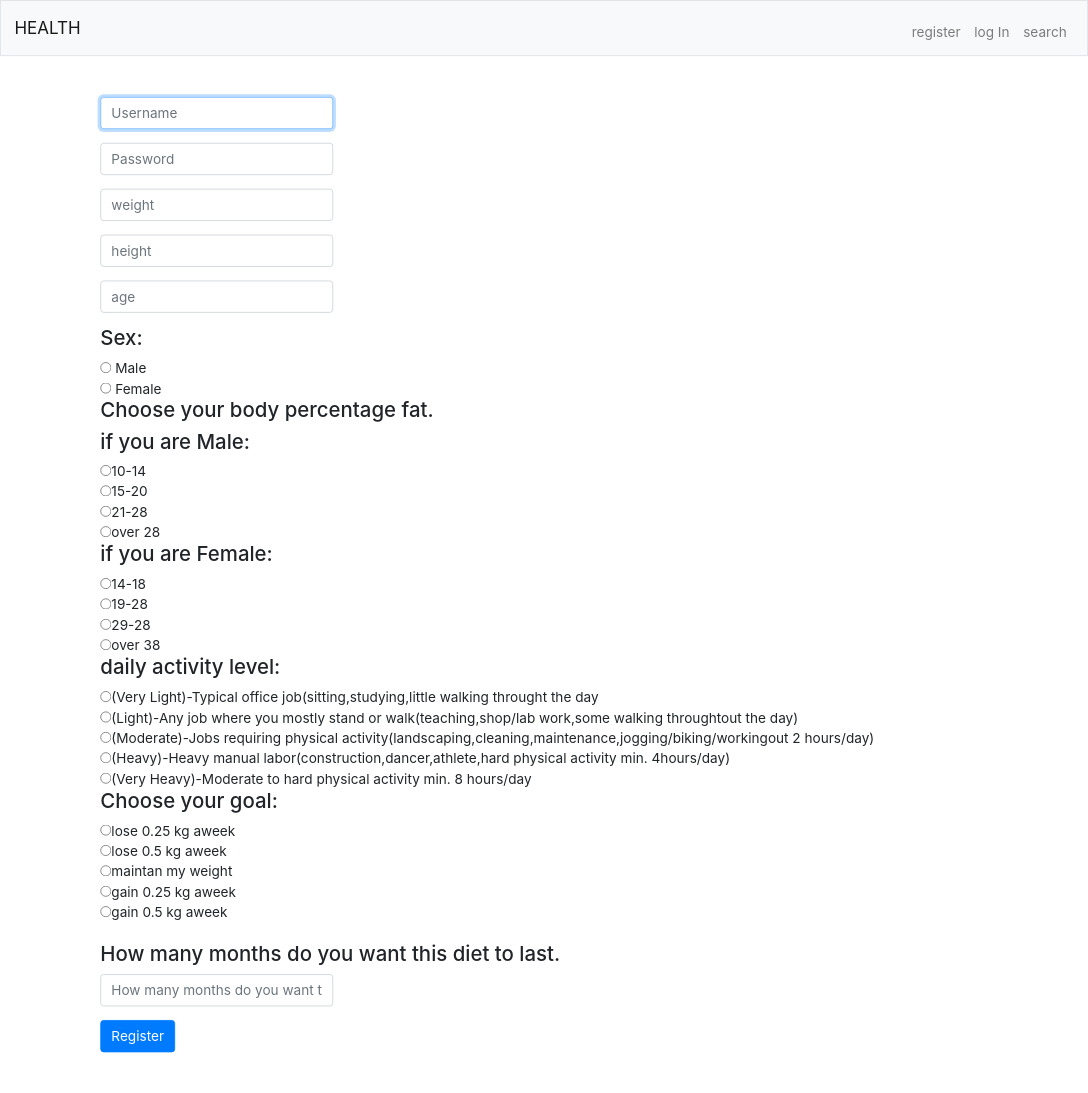
Repository: bahgaat/cs50
Page: http://localhost/register
The author's editor kept a record of every edit. The page is drawn from the files as they stood at one moment, then again after the next edit.
The browser window is 1280 px wide. The pictures show the whole page, at 85% of full size.
The page is served by the project's application, run on Flask 3 (applications.py). Other server files are loaded and not shown.

Above is the page before.

### templates/register.html
{% extends "layout.html" %}

{% block title %}
     Register
{% endblock %}

{% block main %}


     <form id="register" action = "/register"  method="POST">
         <div class="form-group">
             <input id="username" autocomplete="off" autofocus class="form-control" name="username"  placeholder="Username" type="text">
         </div>
         <div class="form-group">
             <input class="form-control" name="password" placeholder="Password" type="password">
         </div>
         <div class="form-group">
             <input class="form-control" name="weight" placeholder="weight" type="text">
         </div>
         <div class="form-group">
             <input class="form-control" name="height" placeholder="height" type="text"><br>
         </div>
         <div class="form-group">
              <input class="form-control" name="age" placeholder="age" type="text">
          </div>
          <div>
              <h4>Sex:</h4>
              <input id="male" type="radio" name="gender" value="male" > Male<br>
              <input id="female" type="radio" name="gender" value="female"> Female<br>
          </div>
          <div>
              <h4>Choose your body percentage fat.</h4>
              <h4>if you are Male:</h4>
              <input id="10-14" type="radio" name="bodyfat" value="10-14">10-14<br>
              <input id="15-20" type="radio" name="bodyfat" value="15-20">15-20<br>
              <input id="21-28" type="radio" name="bodyfat" value="21-28">21-28<br>
              <input id="over28" type="radio" name="bodyfat" value="over28">over 28<br>
              <h4>if you are Female:</h4>
              <input id="14-18" type="radio" name="bodyfat" value="14-18">14-18<br>
              <input id="19-28" type="radio" name="bodyfat" value="19-28">19-28<br>
              <input id="29-38" type="radio" name="bodyfat" value="29-38">29-28<br>
              <input id="over38" type="radio" name="bodyfat" value="over38">over 38<br>
          </div>

          <div>
              <h4>daily activity level:</h4>
              <input id="verylight" type="radio" name="activity" value="verylight" >(Very Light)-Typical office job(sitting,studying,little walking throught the day<br>
              <input id="light" type="radio" name="activity" value="light">(Light)-Any job where you mostly stand or walk(teaching,shop/lab work,some walking throughtout the day) <br>
              <input id="moderate" type="radio" name="activity" value="moderate" >(Moderate)-Jobs requiring physical activity(landscaping,cleaning,maintenance,jogging/biking/workingout 2 hours/day)<br>
              <input id="heavy" type="radio" name="activity" value="heavy">(Heavy)-Heavy manual labor(construction,dancer,athlete,hard physical activity min. 4hours/day)<br>
              <input id="veryheavy" type="radio" name="activity" value="veryheavy">(Very Heavy)-Moderate to hard physical activity min. 8 hours/day<br>
          </div>
          <div>
              <h4>Choose your goal:</h4>
              <input id="losekg" type="radio" name="goal" value="lose">lose 0.25 kg aweek<br>
              <input id="losekgs"  type="radio" name="goal" value="lose0.5kg">lose 0.5 kg aweek<br>
              <input id="maintainmyweight" type="radio" name="goal" value="maintainmyweight">maintan my weight<br>
              <input id="gainkg" type="radio" name="goal" value="gain0.25kg">gain 0.25 kg aweek<br>
              <input id="gainkgs" type="radio" name="goal" value="gain0.5kg">gain 0.5 kg aweek<br>
          </div>
          <br>
          <div>
              <h4>How many months do you want this diet to last.</h4>
          <div class="form-group">
             <input class="form-control" name="endofdiet" placeholder="How many months do you want this diet to last." type="text"><br>
          </div>


         <button  id="register" class="btn btn-primary" type="submit">Register</button></a>
     </form>

{% endblock %}

### templates/layout.html
<!DOCTYPE html>

<html lang="en">

    <head>

        <!-- Required meta tags -->
        <meta charset="utf-8">
        <meta name="viewport" content="width=device-width, initial-scale=1, shrink-to-fit=no">

        <!-- documentation at http://getbootstrap.com/docs/4.1/, alternative themes at https://bootswatch.com/ -->
        <link href="https://maxcdn.bootstrapcdn.com/bootstrap/4.1.3/css/bootstrap.min.css" rel="stylesheet">

        <!-- https://favicon.io/emoji-favicons/money-mouth-face/ -->
        <link href="/static/favicon.ico" rel="icon">

        <link href="/static/styles.css" rel="stylesheet">

        <script src="https://code.jquery.com/jquery-3.3.1.min.js"></script>
        <script src="https://cdnjs.cloudflare.com/ajax/libs/popper.js/1.14.3/umd/popper.min.js"></script>
        <script src="https://maxcdn.bootstrapcdn.com/bootstrap/4.1.3/js/bootstrap.min.js"></script>

        <title>Health: {% block title %}{% endblock %}</title>

    </head>

    <body>

        <nav class="navbar navbar-expand-md navbar-light bg-light border">
            <a class="navbar-brand" href="/"><span class="blue" >HEALTH</span></a>
            <button aria-controls="navbar" aria-expanded="false" aria-label="Toggle navigation" class="navbar-toggler" data-target="#navbar" data-toggle="collapse" type="button">
                <span class="navbar-toggler-icon"></span>
            </button>
            <div class="collapse navbar-collapse" id="navbar">
                {% if session.user_id %}
                    <ul class="navbar-nav mr-auto mt-2">
                        <li class="nav-item"><a class="nav-link" href="/history">history</a></li>
                        <li class="nav-item"><a class="nav-link" href="/diet">diet</a></li>

                    </ul>
                    <ul class="navbar-nav ml-auto mt-2">
                        <li class="nav-item"><a class="nav-link" href="/logout">Log Out</a></li>
                    </ul>
                {% else %}
                    <ul class="navbar-nav ml-auto mt-2">
                        <li class="nav-item"><a class="nav-link" href="/register">register</a></li>
                        <li class="nav-item"><a class="nav-link" href="/login">log In</a></li>
                        <li class="nav-item"><a class="nav-link" href="/search">search</a></li>
                    </ul>
                {% endif %}
            </div>
        </nav>

        {% if get_flashed_messages() %}
            <header>
                <div class="alert alert-primary border text-center" role="alert">
                    {{ get_flashed_messages() | join(" ") }}
                </div>
            </header>
        {% endif %}

        <main class="container p-5">
            {% block main %}{% endblock %}
        </main>


    </body>

</html>

### static/styles.css
nav .nav-brand
{
    font-size: xx-large;
}

nav .nav-brand .blue
{
    color: #537fbe;
}

main .form-control
{
    display: inline-block;
    width: auto;
}

main
{
    overflow-x: auto;
    text-align:left;
}

main img
{
    max-width:100%;
}

.food
{
    text-align:left;
}

#quantity
{
    text-align:left;
}

.Meal
{
    text-align:left;
}

.mb-3
{
    text-align: center;
}

Loaded but not shown: applications.py (1381 lines, source omitted)

After the next edit:
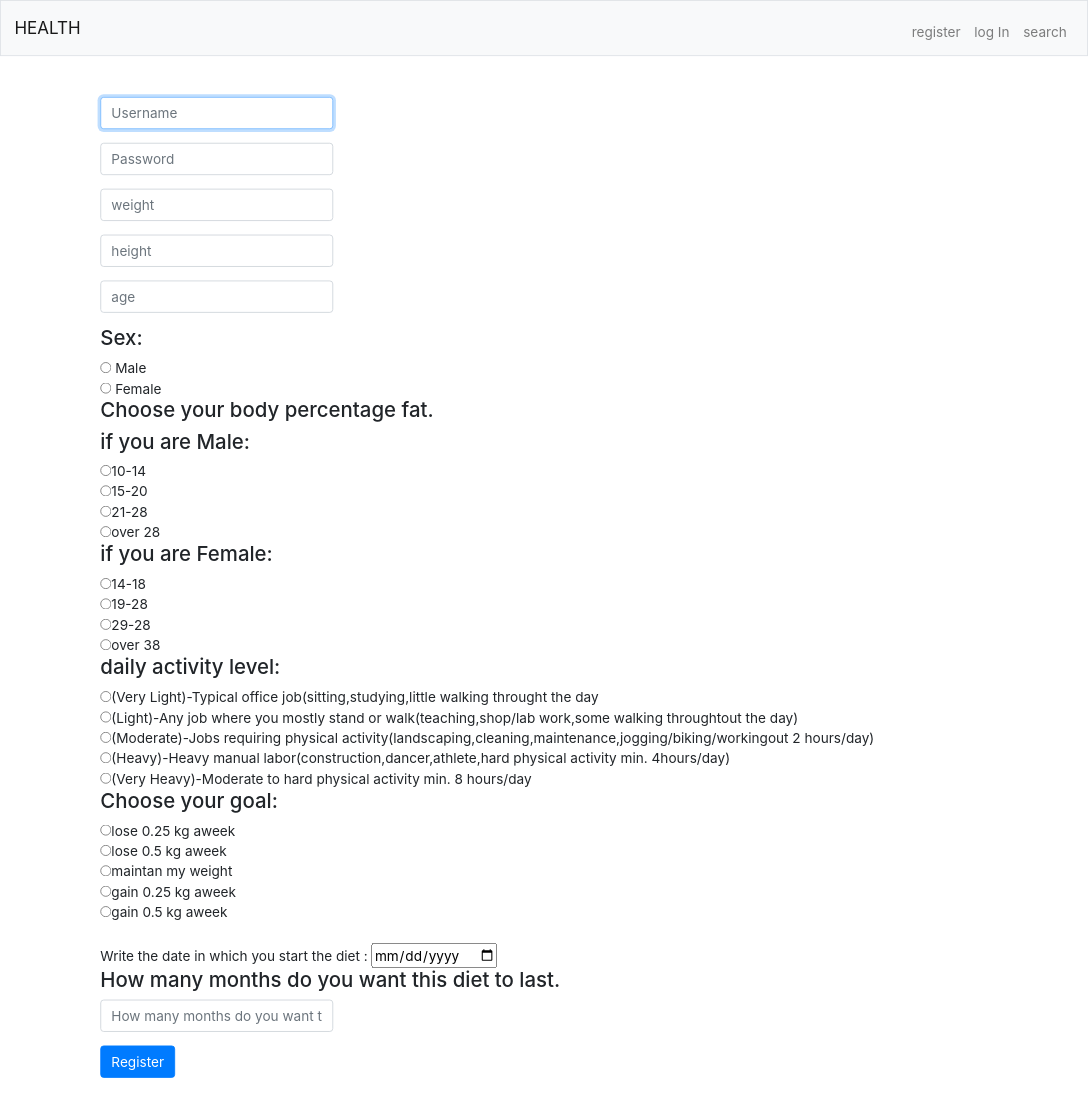
The edit:
--- a/templates/register.html
+++ b/templates/register.html
@@ -59,6 +59,10 @@
               <input id="gainkgs" type="radio" name="goal" value="gain0.5kg">gain 0.5 kg aweek<br>
           </div>
           <br>
+            <div>
+              Write the date in which you start the diet :
+              <input class="startdate" type="date" name="startdate">
+             </div>
           <div>
               <h4>How many months do you want this diet to last.</h4>
           <div class="form-group">

After the 2 edits that followed:
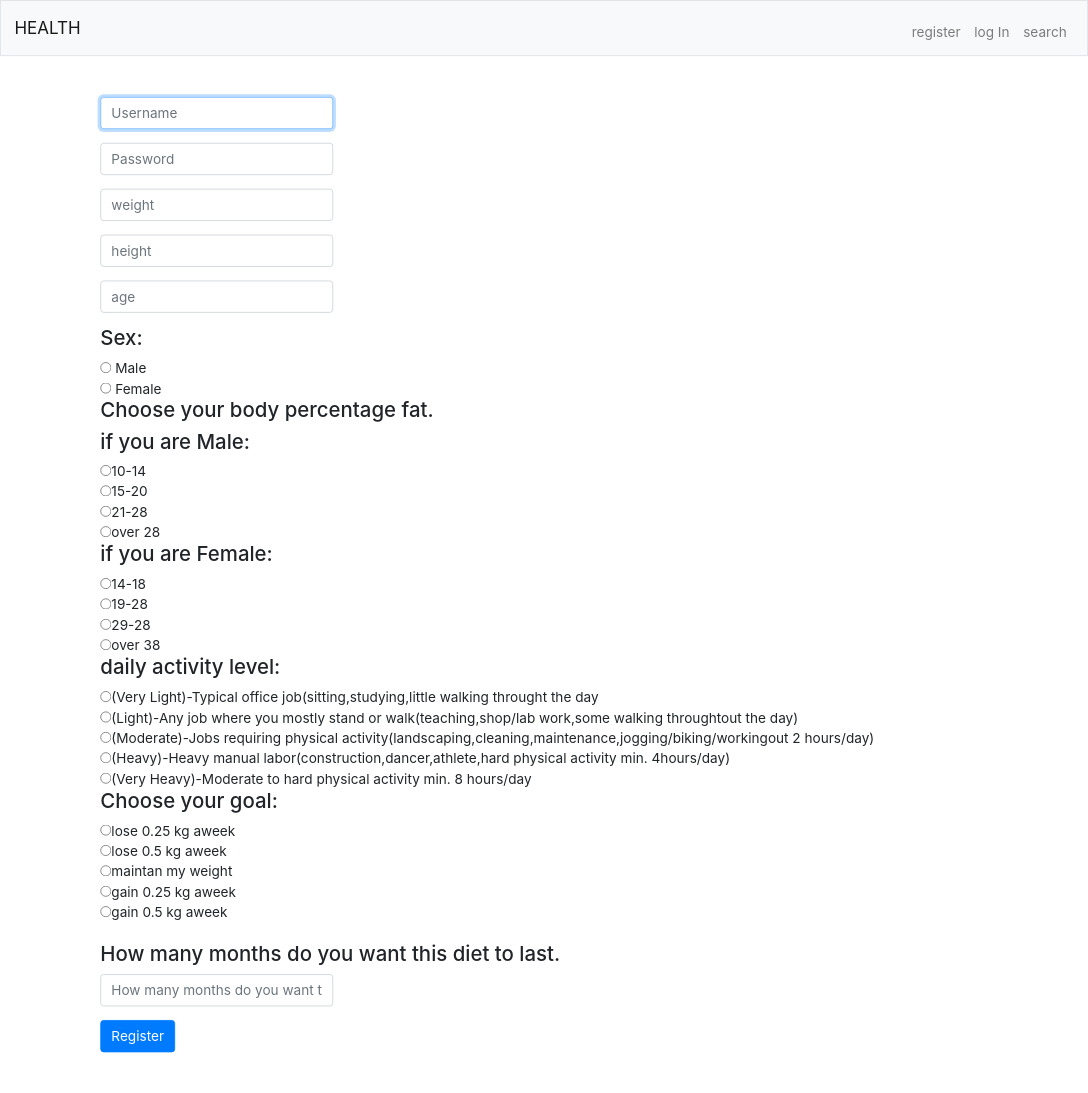
The 2 edits are shown as one change because 1 left the picture as it was.
The edit:
--- a/templates/register.html
+++ b/templates/register.html
@@ -59,10 +59,7 @@
               <input id="gainkgs" type="radio" name="goal" value="gain0.5kg">gain 0.5 kg aweek<br>
           </div>
           <br>
-            <div>
-              Write the date in which you start the diet :
-              <input class="startdate" type="date" name="startdate">
-             </div>
+
           <div>
               <h4>How many months do you want this diet to last.</h4>
           <div class="form-group">
